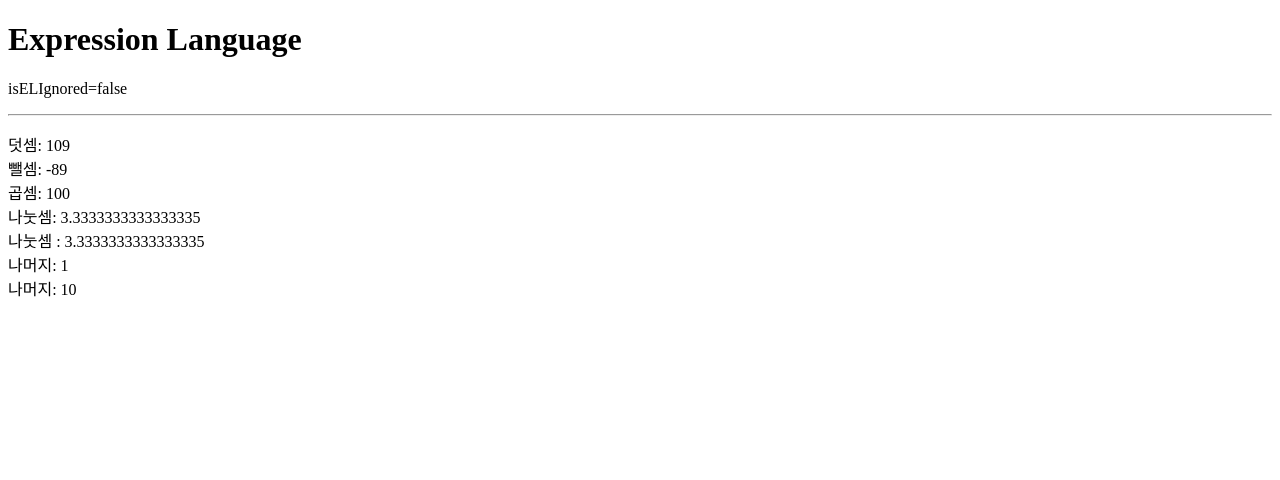
Repository: jsb5589/JAVAStudy
Page: http://localhost/JSP04/elTest5.jsp
An editor plug-in stored every save of this project. The page is shown before and after the next save, followed by the edit.
The browser window is 1280 px wide. The pictures show the whole page.
The page is served by Tomcat 9. Other server files are loaded and not shown.

Above is the page before, as saved 2021-08-12 06:24:22.

### EZWebs/JSP04/src/main/webapp/elTest5.jsp
<%@ page language="java" contentType="text/html; charset=UTF-8"
    pageEncoding="UTF-8"%>
<!DOCTYPE html>
<html>
<head>
<meta charset="UTF-8">
<title>Expression Language</title>
</head>
<body>
	<h1>Expression Language</h1>
	<p>isELIgnored=false</p>
	<hr>
	<p>
		덧셈: ${10+99} <br>
		뺄셈: ${10-99} <br>
		곱셈: ${10*10} <br>
		나눗셈: ${10/3} <br>
		나눗셈 : ${10 div 3} <br>
		나머지: ${10 % 3} <br>
		나머지: ${10 mod 99} <br>
</body>
</html>

After the next save:
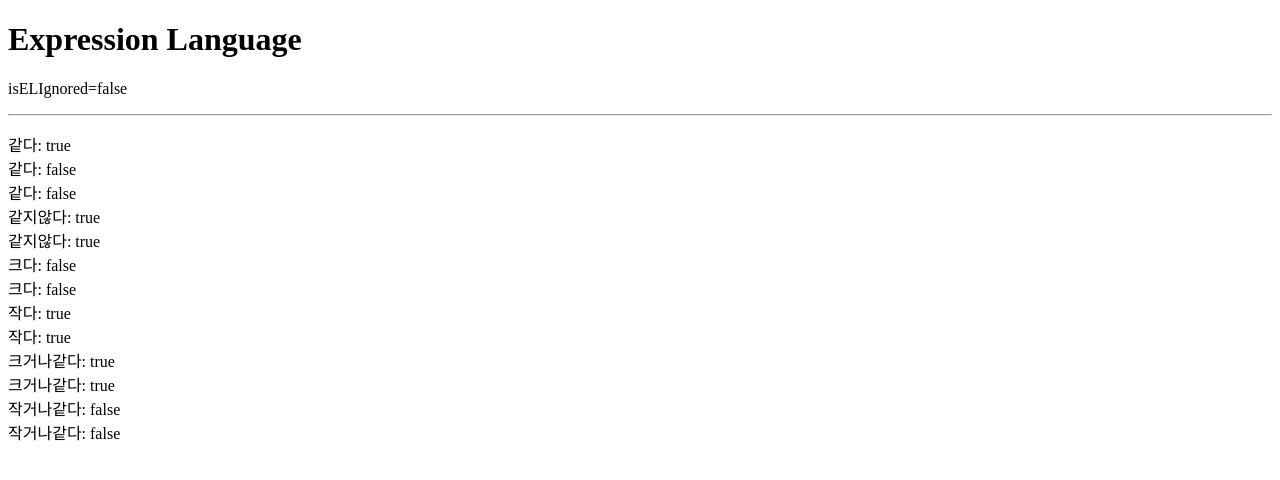
Saved 3 min 41 s later.
--- a/EZWebs/JSP04/src/main/webapp/elTest5.jsp
+++ b/EZWebs/JSP04/src/main/webapp/elTest5.jsp
@@ -11,12 +11,20 @@
 	<p>isELIgnored=false</p>
 	<hr>
 	<p>
-		덧셈: ${10+99} <br>
-		뺄셈: ${10-99} <br>
-		곱셈: ${10*10} <br>
-		나눗셈: ${10/3} <br>
-		나눗셈 : ${10 div 3} <br>
-		나머지: ${10 % 3} <br>
-		나머지: ${10 mod 99} <br>
+		같다: ${10 == 10} <br>
+		같다: ${10 eq 20} <br>
+		같다: ${"hello" eq "world"} <br>
+		같지않다: ${"hello" != "world"} <br>
+		같지않다: ${"hello" ne "world"} <br>
+		크다: ${11 > 12} <br>
+		크다: ${11 gt 12} <br>
+		작다: ${11 < 12} <br>
+		작다: ${11 lt 12} <br>
+		크거나같다: ${10 >= 5} <br>
+		크거나같다: ${10 ge 5} <br>
+		작거나같다: ${10 <= 5} <br>
+		작거나같다: ${10 le 5} <br>
+
+	</p>
 </body>
 </html>
